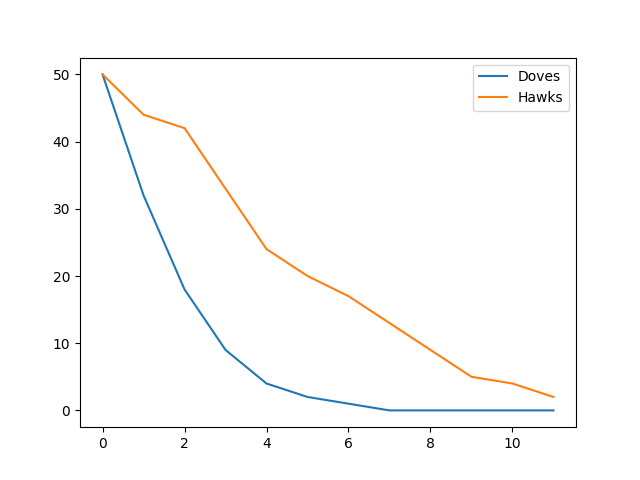
Repository: PatLaCisay/python-hawkdove-master
Script's output: python hawkdove.py
These files come from the project's save history. The script's output is drawn as it stood at one moment and after the next save; the edit follows.
Random numbers start from a fixed seed.

Above is the script's output before, as saved 2023-03-07 14:40:52.

After the next save:
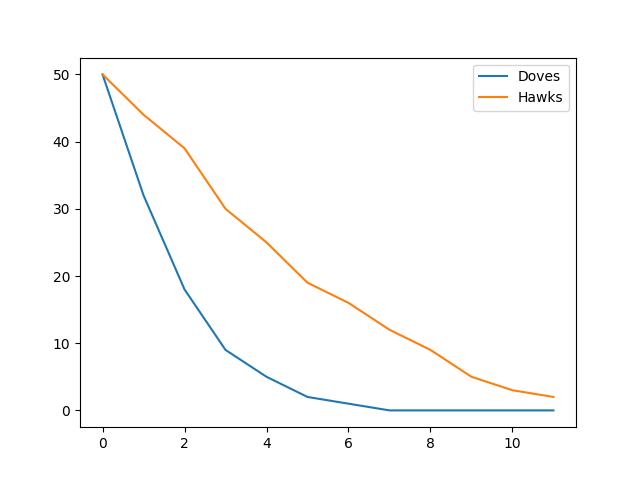
Saved 13 s later.
--- a/hawkdove.py
+++ b/hawkdove.py
@@ -13,7 +13,7 @@ STARTING_ENERGY = 100
 MIN_FOOD_PER_ROUND = 40
 MAX_FOOD_PER_ROUND = 70
 
-ENERGY_REQUIRED_FOR_REPRODUCTION = 50
+ENERGY_REQUIRED_FOR_REPRODUCTION = 20
 ENERGY_LOSS_FROM_FIGHTING = 2000
 ENERGY = 30
 
